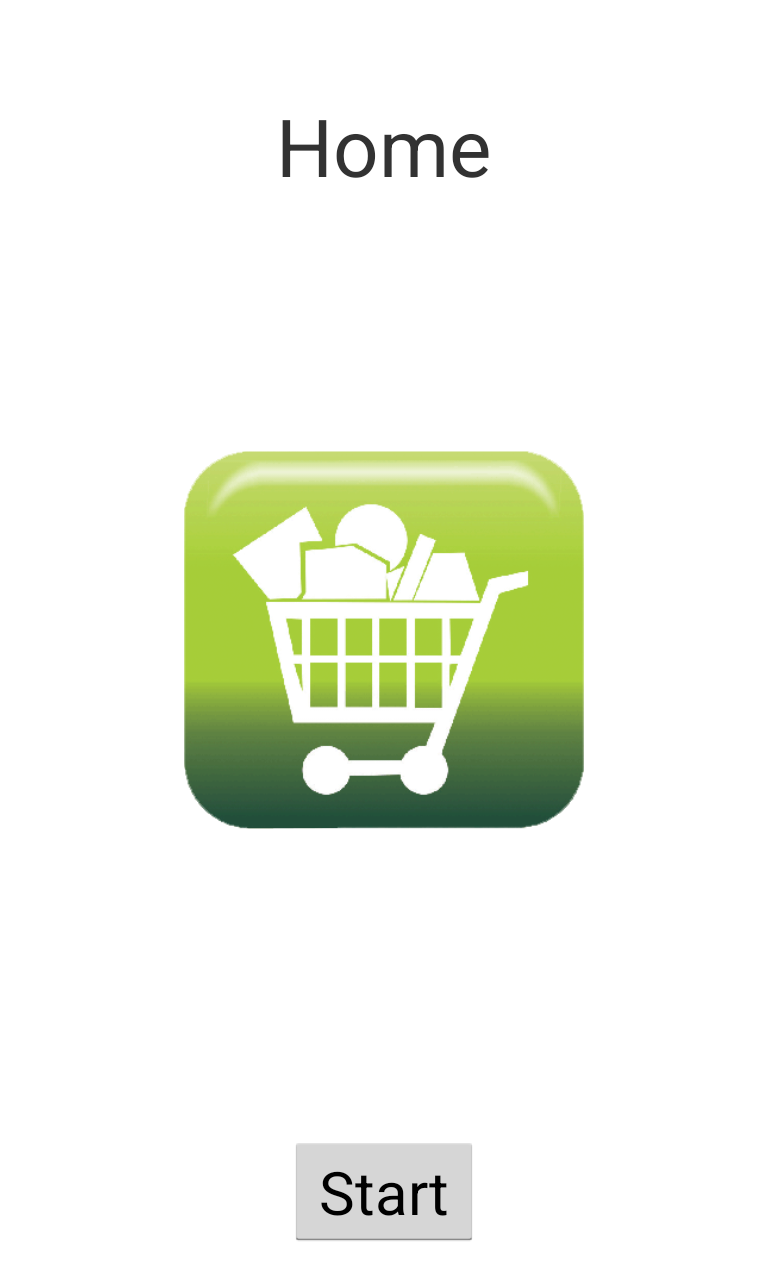
Repository: ailinm/Android
Layout: MyApp/res/layout/activity_main.xml
An editor plug-in stored every save of this project. The layout is shown before and after the next save, followed by the edit.
It is drawn on a 768 x 1280 px phone screen (xhdpi) without system bars, with theme AppTheme; the app's code is not run.

Above is the layout before, as saved 2014-07-02 07:38:46.

### MyApp/res/layout/activity_main.xml
<?xml version="1.0" encoding="utf-8"?>
<RelativeLayout xmlns:android="http://schemas.android.com/apk/res/android"
    xmlns:tools="http://schemas.android.com/tools"
    android:layout_width="match_parent"
    android:layout_height="match_parent"
    android:paddingBottom="@dimen/activity_vertical_margin"
    android:paddingLeft="@dimen/activity_horizontal_margin"
    android:paddingRight="@dimen/activity_horizontal_margin"
    android:paddingTop="@dimen/activity_vertical_margin"
    tools:context=".MainActivity" >

    <TextView
        android:layout_marginTop="30dip"
        android:layout_alignParentTop="true"
        android:textSize="40sp"
        android:layout_width="wrap_content"
        android:layout_height="wrap_content"
        android:text="Home"
        android:layout_centerHorizontal="true" />

    <ImageView
        android:layout_width="200dp"
        android:layout_height="200dp"
        android:layout_centerInParent="true"
        android:src="@drawable/magazin" />
    <Button
        android:layout_width="96dip"
        android:layout_height="wrap_content"
        android:layout_centerHorizontal="true"
        android:layout_alignParentBottom="true"
         android:textSize="30sp"
        android:text="Start" />

</RelativeLayout>

Loaded but not shown: MyApp/res/values/styles.xml (common file); MyApp/res/values-v11/styles.xml (common file); MyApp/res/values-v14/styles.xml (common file); MyApp/res/values/dimens.xml (common file)

After the next save:
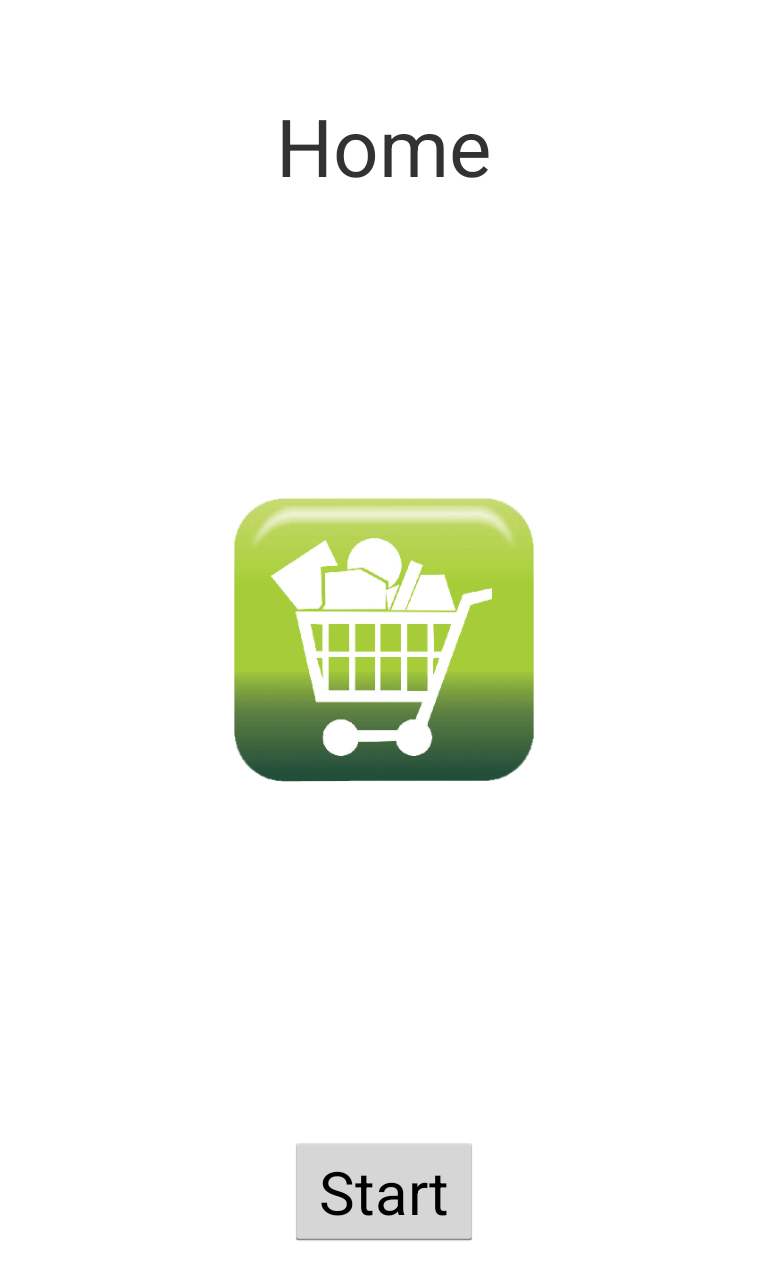
Saved 9 s later.
--- a/MyApp/res/layout/activity_main.xml
+++ b/MyApp/res/layout/activity_main.xml
@@ -19,8 +19,8 @@
         android:layout_centerHorizontal="true" />
 
     <ImageView
-        android:layout_width="200dp"
-        android:layout_height="200dp"
+        android:layout_width="150dp"
+        android:layout_height="150dp"
         android:layout_centerInParent="true"
         android:src="@drawable/magazin" />
     <Button
